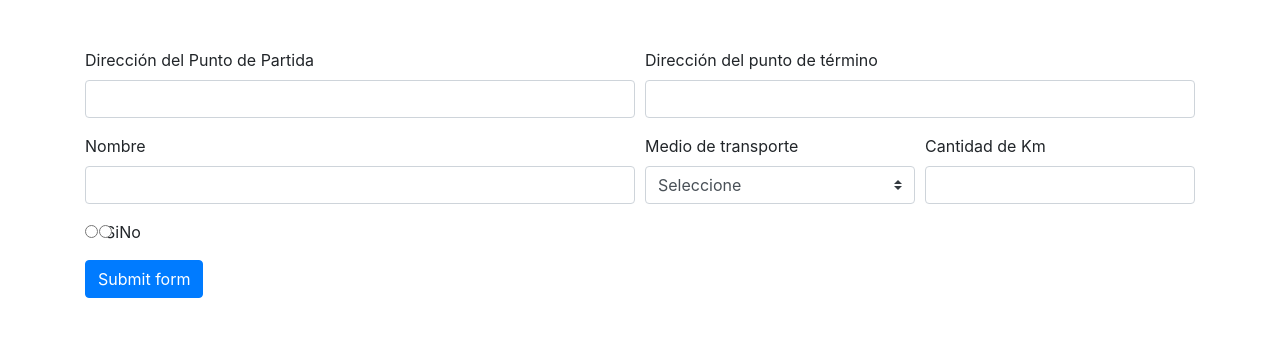
Repository: Jassan851031/foreachTask
Page: /
The author's editor kept a copy of each file at every save. The page is drawn from the files as they stood at one save, then again after the next save.
The browser window is 1280 px wide. The pictures show the whole page.
The project was rebuilt for these pictures with package versions that can differ from the ones it lists, and the page was loaded fresh each time. Also part of the build but not shown: src/App.css.

Above is the page before, as saved 2020-03-23 15:08:44.

### src/index.js
import React from 'react';
import ReactDOM from 'react-dom';
import 'bootstrap/dist/css/bootstrap.min.css';
import 'font-awesome/css/font-awesome.min.css';
import './index.css';
import App from './App';
import * as serviceWorker from './serviceWorker';


 // Add js files
 import 'jquery';
 import 'popper.js';
 import 'bootstrap';

ReactDOM.render(
  <React.StrictMode>
    <App />
  </React.StrictMode>,
  document.getElementById('root')
);

// If you want your app to work offline and load faster, you can change
// unregister() to register() below. Note this comes with some pitfalls.
// Learn more about service workers: https://bit.ly/CRA-PWA
serviceWorker.unregister();

### src/App.js
import React from 'react';
import './App.css';

function App() {
  return (
    <div className="container mt-5">
      <div className="row">
        <div className="col-md-12">
          <form>
            <div className="form-row">
              <div className="col-md-6 mb-3">
                <label for="validationDefault01">Dirección del Punto de Partida</label>
                <input type="text" className="form-control" id="validationDefault01" required />
              </div>
              <div className="col-md-6 mb-3">
                <label for="validationDefault02">Dirección del punto de término</label>
                <input type="text" className="form-control" id="validationDefault02" required />
              </div>
            </div>
            <div className="form-row">
              <div className="col-md-6 mb-3">
                <label for="validationDefault03">Nombre</label>
                <input type="text" className="form-control" id="validationDefault03" required />
              </div>
              <div className="col-md-3 mb-3">
                <label for="validationDefault04">Medio de transporte</label>
                <select className="custom-select" id="validationDefault04" required>
                  <option selected disabled value="">Seleccione</option>
                  <option value="1"> option 1</option>
                  <option value="1"> option 2</option>
                  <option value="1"> option 3</option>
                  <option value="1"> option 4</option>
                </select>
              </div>
              <div className="col-md-3 mb-3">
                <label for="validationDefault05">Cantidad de Km</label>
                <input type="text" className="form-control" id="validationDefault05" required />
              </div>
            </div>
            <div className="form-group">
              <div className="form-check">
                <input className="form-check-input" type="radio" value="" id="invalidCheck1" required />
                <label className="form-check-label" for="invalidCheck1">Si</label>
                <input className="form-check-input" type="radio" value="" id="invalidCheck2" required />
                <label className="form-check-label" for="invalidCheck2">No</label>
              </div>
            </div>
            <button className="btn btn-primary" type="submit">Submit form</button>
          </form>
        </div>
      </div>
    </div>
  );
}

export default App;

Loaded but not shown: public/index.html (common file); src/index.css (common file); src/serviceWorker.js (common file)

After the next save:
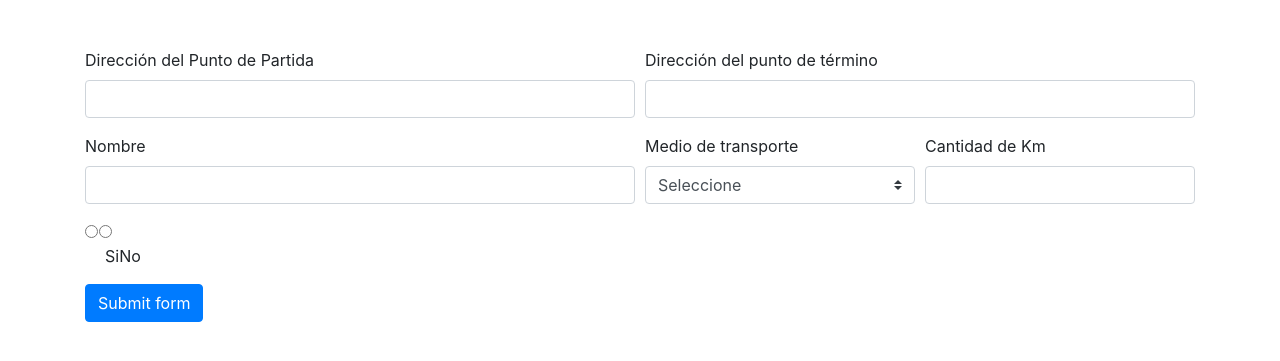
Saved 99 s later.
--- a/src/App.js
+++ b/src/App.js
@@ -42,7 +42,7 @@ function App() {
                 <input className="form-check-input" type="radio" value="" id="invalidCheck1" required />
                 <label className="form-check-label" for="invalidCheck1">Si</label>
                 <input className="form-check-input" type="radio" value="" id="invalidCheck2" required />
-                <label className="form-check-label" for="invalidCheck2">No</label>
+                <label className="form-check-label mt-4" for="invalidCheck2">No</label>
               </div>
             </div>
             <button className="btn btn-primary" type="submit">Submit form</button>
